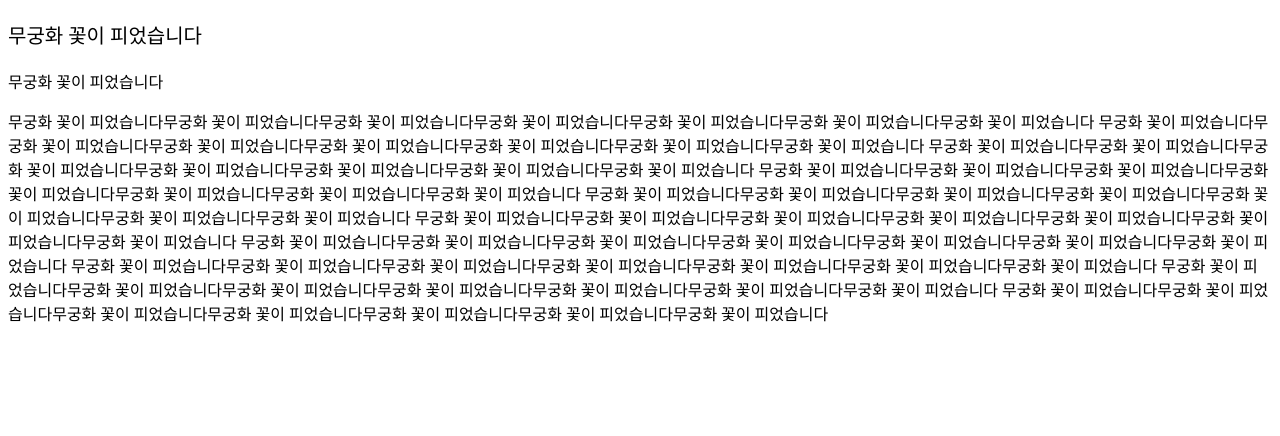
Repository: choidazzi/DDIT
Page: web programming/html/webpro/src/main/webapp/0426/font스타일.html
The author's editor kept a copy of each file at every save. The page is drawn from the files as they stood at one save, then again after the next save.
The browser window is 1280 px wide. The pictures show the whole page.

Above is the page before, as saved 2023-04-26 03:40:00.

After the next save:
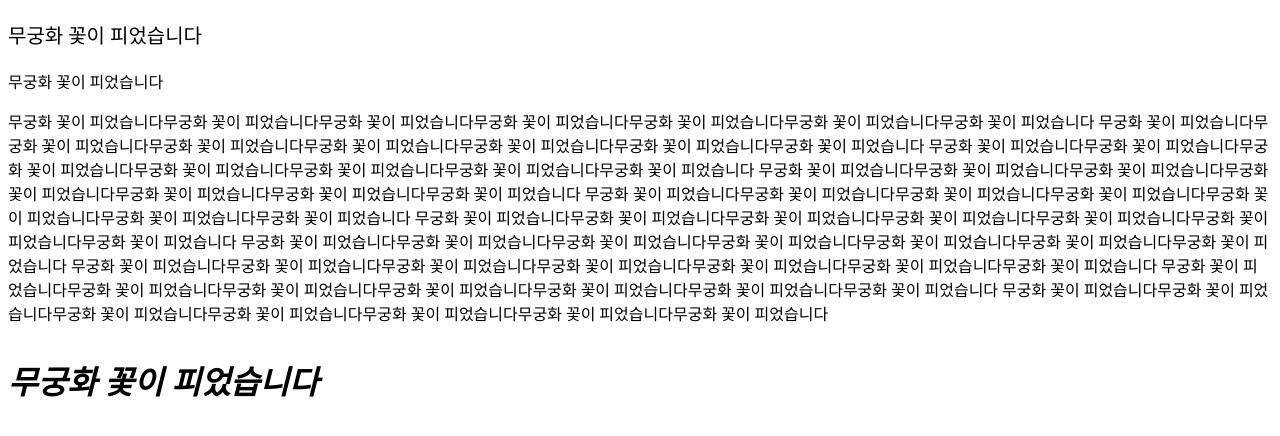
Saved 20 s later.
--- a/web programming/html/webpro/src/main/webapp/0426/font스타일.html
+++ b/web programming/html/webpro/src/main/webapp/0426/font스타일.html
@@ -8,7 +8,7 @@ p:first-child {
 	font-size: 20px;
 }
 
-body p:last-child{
+p:last-child{
 	font-style: italic;
 	font-weight: bold;
 	font-size: 2.0em;
@@ -34,5 +34,6 @@ div{
 	무궁화 꽃이 피었습니다무궁화 꽃이 피었습니다무궁화 꽃이 피었습니다무궁화 꽃이 피었습니다무궁화 꽃이 피었습니다무궁화 꽃이 피었습니다무궁화 꽃이 피었습니다
 	무궁화 꽃이 피었습니다무궁화 꽃이 피었습니다무궁화 꽃이 피었습니다무궁화 꽃이 피었습니다무궁화 꽃이 피었습니다무궁화 꽃이 피었습니다무궁화 꽃이 피었습니다
 	</div>
+	<p>무궁화 꽃이 피었습니다</p>
 </body>
 </html>
